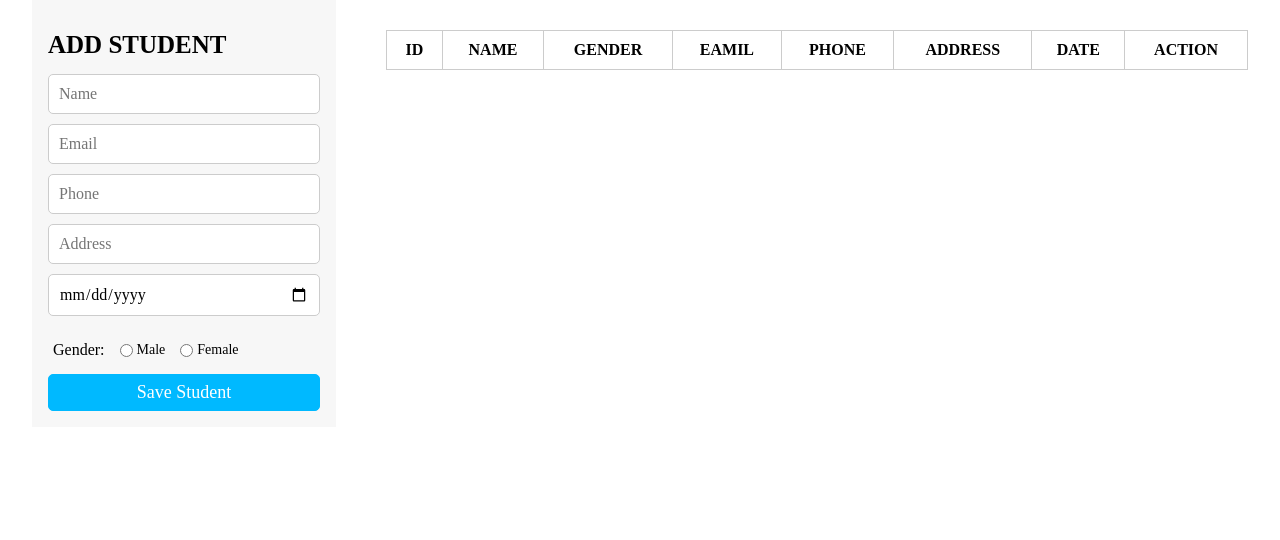
Repository: vanphongnguyen1/webDemo
Page: project(table-form)/index.html
An editor plug-in stored every save of this project. The page is shown before and after the next save, followed by the edit.
The browser window is 1280 px wide. The pictures show the whole page.
The style sheet was rebuilt from its Sass, Less or Tailwind sources for each picture, by a compiler version that may differ from the author's.

Above is the page before, as saved 2020-08-30 16:18:00.

### project(table-form)/index.html
<!DOCTYPE html>
<html lang="en">
<head>
    <meta charset="UTF-8">
    <meta name="viewport" content="width=device-width, initial-scale=1.0">
    <title>Document</title>
    <link rel="stylesheet" href="./css/style.css">
</head>
<body onload="render()">
    <div class="container">
        <div class="row">
            <div class="col-3">
                <div class="form">
                    <form action="" autocomplete="off" onsubmit="listStudents()">
                        <h2 class="form__title">add student</h2>
                        <input type="text" class="form__input form__input--name" name="name" id="" placeholder="Name">
                        <div class="error-name"></div>
                        <input type="Email" class="form__input form__input--email" name="email" id="" placeholder="Email">
                        <div class="error-email"></div>
                        <input type="tel" class="form__input form__input--phone" name="phone" id="" placeholder="Phone">
                        <div class="error-phone"></div>
                        <input type="text" class="form__input form__input--address" name="address" id="" placeholder="Address">
                        <div class="error-address"></div>
                        <input type="date" class="form__input form__input--date" name="date" id="">
                        <div class="error-date"></div>
                        <div class="form__gender">
                            <lable>Gender:</lable>
                            <div class="form__radio">
                                <input type="radio" class="form__radio--gender " value="male" name="gender" id="male">
                                <label for="male" class="form__radio--text">Male</label>
                                <input type="radio" class="form__radio--gender " value="female" name="gender" id="female">
                                <label for="female" class="form__radio--text">Female</label>
                            </div>
                        </div>
                        <div class="error-gender"></div>
                        <button type="submit" class="form__button" onclick="">Save Student</button>
                    </form>
                </div>
            </div>
            <div class="col-9">
                <div class="table">
                    <table>
                        <thead>
                            <tr>
                                <th>ID</th>
                                <th>NAME</th>
                                <th>GENDER</th>
                                <th>EAMIL</th>
                                <th>PHONE</th>
                                <th>ADDRESS</th>
                                <th>DATE</th>
                                <th>ACTION</th>
                            </tr>
                        </thead>
                        <tbody id="list-student">
                                <!-- <tr>
                                    <td>1</td>
                                    <td>phong</td>
                                    <td>male</td>
                                    <td>maoa@gmai.com</td>
                                    <td>154653132</td>
                                    <td>asdasasdad</td>
                                    <td>2020-08-21</td>
                                    <td><a href="">edit</a>/<a href="">delete</a></td>
                                </tr> -->
                        </tbody>
                    </table>
                </div>
            </div>
        </div>
    </div>
    <script src="./js/main.js"></script>
</body>
</html>

### project(table-form)/js/main.js
    // <!-- <tr>
    //     <td>1</td>
    //     <td>phong</td>
    //     <td>male</td>
    //     <td>maoa@gmai.com</td>
    //     <td>154653132</td>
    //     <td>asdasasdad</td>
    //     <td>2020-08-21</td>
    //     <td><a href="">edit</a>/<a href="">delete</a></td>
    // </tr>
    let data = []
    let count = 0;
    function listStudents (list,item) {
        const name = document.querySelector('.form__input--name').value
        const email = document.querySelector('.form__input--email').value
        const phone = document.querySelector('.form__input--phone').value
        const address = document.querySelector('.form__input--address').value
        const date = document.querySelector('.form__input--date').value
        let gender = document.querySelector('input[name = gender]:checked')
                gender = gender ? gender.value : '';
        let student = {
            'name': name,
            'gender': gender,
            'email': email,
            'phone': phone,
            'address': address,
            'date': date,
        }
        // data.push(student)
        // console.log(data)

        // saveLocalStorage('students', student)
        if(!name) {
            document.querySelector('.error-name').innerHTML='<font color="red"> *Vui lòng điền: Họ và Tên</font>'
        } else {
            document.querySelector('.error-name').innerHTML=''
        }
        if(!email) {
            document.querySelector('.error-email').innerHTML='<font color="red"> *Vui lòng điền: Email</font>'
        } else {
            document.querySelector('.error-email').innerHTML=''
        }
        if(!phone) {
            document.querySelector('.error-phone').innerHTML='<font color="red"> *Vui lòng điền: Số điện thoại</font>'
        } else {
            document.querySelector('.error-phone').innerHTML=''
        }
        if(!address) {
            document.querySelector('.error-address').innerHTML='<font color="red"> *Vui lòng điền: Address</font>'
        } else {
            document.querySelector('.error-address').innerHTML=''
        }
        if(!date) {
            document.querySelector('.error-date').innerHTML='<font color="red"> *Vui lòng chọn: Ngày/Tháng/Năm</font>'
        } else {
            document.querySelector('.error-date').innerHTML=''
        }
        if(!gender) {
            document.querySelector('.error-gender').innerHTML='<font color="red"> *Vui lòng chọn: Giới tính</font>'
        } else {
            document.querySelector('.error-gender').innerHTML=''
        }

        let listStudent = localStorage.getItem('students') ? JSON.parse(localStorage.getItem('students')) : []
        listStudent.push(student)
        localStorage.setItem('students',JSON.stringify(listStudent))
        render()
    }
    // const render = () => {
    //     event.preventDefault()
    //     html = ''
    //     const addTable = document.getElementById('list-student')
    //     data.forEach((i,index)=> {
    //         html += `
    //                 <tr>
    //                     <td>${index}</td>
    //                     <td>${i.name}</td>
    //                     <td>${i.gender}</td>
    //                     <td>${i.email}</td>
    //                     <td>${i.phone}</td>
    //                     <td>${i.address}</td>
    //                     <td>${i.date}</td>
    //                     <td>
    //                         <a href="">edit</a>/<a href="" onclick="deleteStudent('${i}')">delete</a>
    //                     </td>
    //                 </tr
    //             `
    //     })
    //     addTable.innerHTML = html
    // }
    // const deleteStudent = (index) => {
    //     data.splice(index,1)
    //     render()
    //     let json = JSON.stringify(data)
    //     localStorage.setItem('students',json)
    // }
    // function saveLocalStorage (list,item) {
    //     let templist
    //     if(localStorage.getItem(list) === null) {
    //         templist = []
    //     }else {
    //         templist = JSON.parse(localStorage.getItem(list))
    //     }
    //     templist.push(item)
    //     localStorage.setItem(list,JSON.stringify(templist))
    // }
    // function init() {
    //     let templist
    //     if(localStorage.getItem('students') === null) {
    //         templist = []
    //     }else {
    //         templist = JSON.parse(localStorage.getItem('students'))
    //     }
    //     templist.forEach( (index,item) => {
    //         listStudents(index)
    //     })
        // let json = localStorage.getItem('students')
        // data = JSON.parse(json)
        // render()
        // console.log(data)
    // }
    // console.log(data)
    // function errorForm () {
    //     // if(!gender) {
    //     //     document.getElementsByClassName('error-name').innerHTML='<font color="f00"> Vui lòng điền: Họ và Tên</font>'
    //     // } else {
    //     //     document.getElementsByClassName('error-name').innerHTML=''
    //     // }
    // }
    function render() {
        event.preventDefault()
        let listStudent = localStorage.getItem('students') ?JSON.parse(localStorage.getItem('students')):[]
        html = ''
        const addTable = document.getElementById('list-student')
        listStudent.forEach((i,index)=> {
            html += `
                    <tr>
                        <td>${index}</td>
                        <td>${i.name}</td>
                        <td>${i.gender}</td>
                        <td>${i.email}</td>
                        <td>${i.phone}</td>
                        <td>${i.address}</td>
                        <td>${i.date}</td>
                        <td>
                            <a href="">edit</a>/<a href="" onclick="deleteStudent('${i}')">delete</a>
                        </td>
                    </tr
                `
        })
        addTable.innerHTML = html
    }

### project(table-form)/sass/style.scss
@import './base/base';
@import './layout/layout';
@import './components/form';
@import './components/table';

### project(table-form)/sass/base/_base.scss
* {
    margin: 0;
    padding: 0;
    box-sizing: border-box;
    outline: none;
}
html {
    font-size: 10px;
}
input, button, textarea {
    font-family: inherit;
}
h1, h2, h3, h4, h5, h6, p {
    margin: 0;
    padding: 0;
    line-height: inherit
}
// ----------------------------------------------
.container {
    width: 95%;
    margin:  0 auto;
}

### project(table-form)/sass/layout/_layout.scss
.row {
    display: flex;
    flex-wrap: wrap;
}
.col-3 {
    width: calc(3/12 * 100%);
}
.col-9 {
    width: calc(9/12 * 100%);
}

### project(table-form)/sass/components/_form.scss
.form {
    text-transform: uppercase;
    padding: 1.5rem;
    border: 1px solid #f7f7f7;
    // margin-top: 3rem;
    background-color: #f7f7f7;
    div[class^="error-"] {
        color: #f00;
        font-size: 10px;
    }
    &__title {
        font-size: 2.5rem;
        padding: 1.5rem 0;
    }
    &__input {
        width: 100%;
        padding: 1rem;
        font-size: 1.6rem;
        border-radius: 0.5rem;
        border: 1px solid #ccc;
        background-color: #ffffff;
        &:not(:last-child) {
            margin-bottom: 1rem;
        }
    }
    &__gender {
        padding: 1.5rem 0 1.5rem 0.5rem;
        text-transform: capitalize;
        display: flex;
        lable {
            font-size: 1.6rem;
        }
        .form__radio {
            display: flex;
            align-items: center;
            flex-wrap: wrap;
            width: 70%;
            &--gender {
                margin-left: 1.5rem;
                cursor: pointer;
            }
            &--text {
                font-size: 1.4rem;
                margin-left: 4px;
                cursor: pointer;
            }
        }
    }
    &__button {
        background-color:#00b9ff ;
        border: 1px solid #00b9ff;
        border-radius: 0.5rem;
        width: 100%;
        font-size: 1.8rem;
        text-align: center;
        color: #fff;
        padding: 0.7rem;
        cursor: pointer;
        transition: all 0.4s ease-in-out;
        &:hover {
            background-color: #1b91be;
        }
    }
}

### project(table-form)/sass/components/_table.scss
.table {
    margin-left: 5rem;
    margin-top: 3rem;
    table {
        width: 100%;
        border-collapse: collapse;
        tr {
            font-size: 1.6rem;
            th,
            td {
                text-align: center;
                padding: 1rem;
                border: 1px solid #ccc;
            }
        }
    }
}

After the next save:
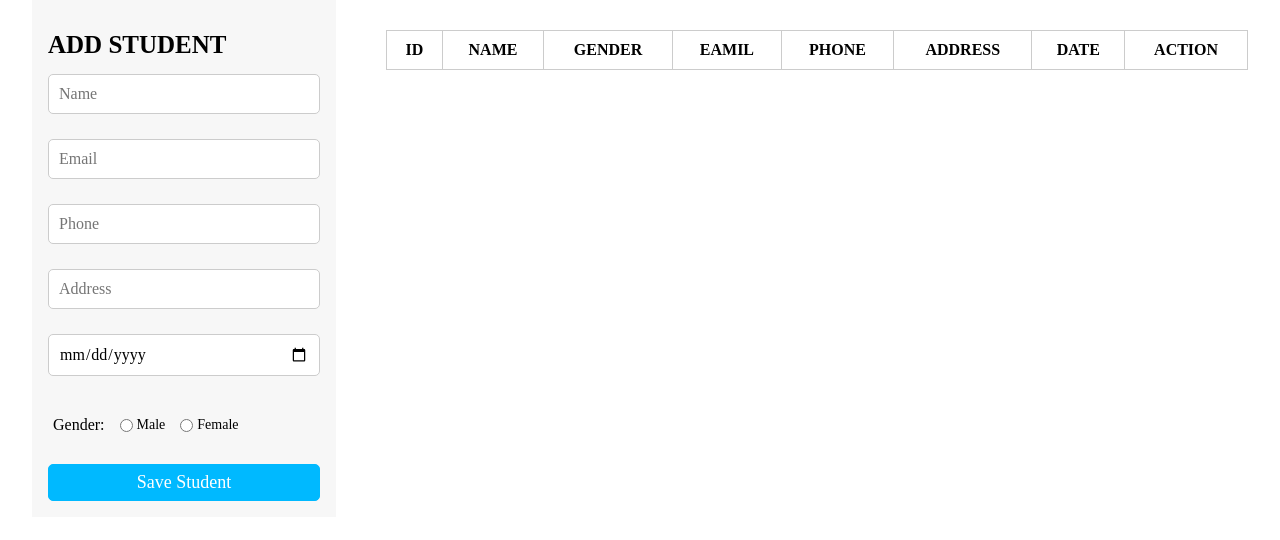
Saved 84 s later.
--- a/project(table-form)/sass/components/_form.scss
+++ b/project(table-form)/sass/components/_form.scss
@@ -7,6 +7,7 @@
     div[class^="error-"] {
         color: #f00;
         font-size: 10px;
+        margin-bottom: 1.5rem;
     }
     &__title {
         font-size: 2.5rem;
